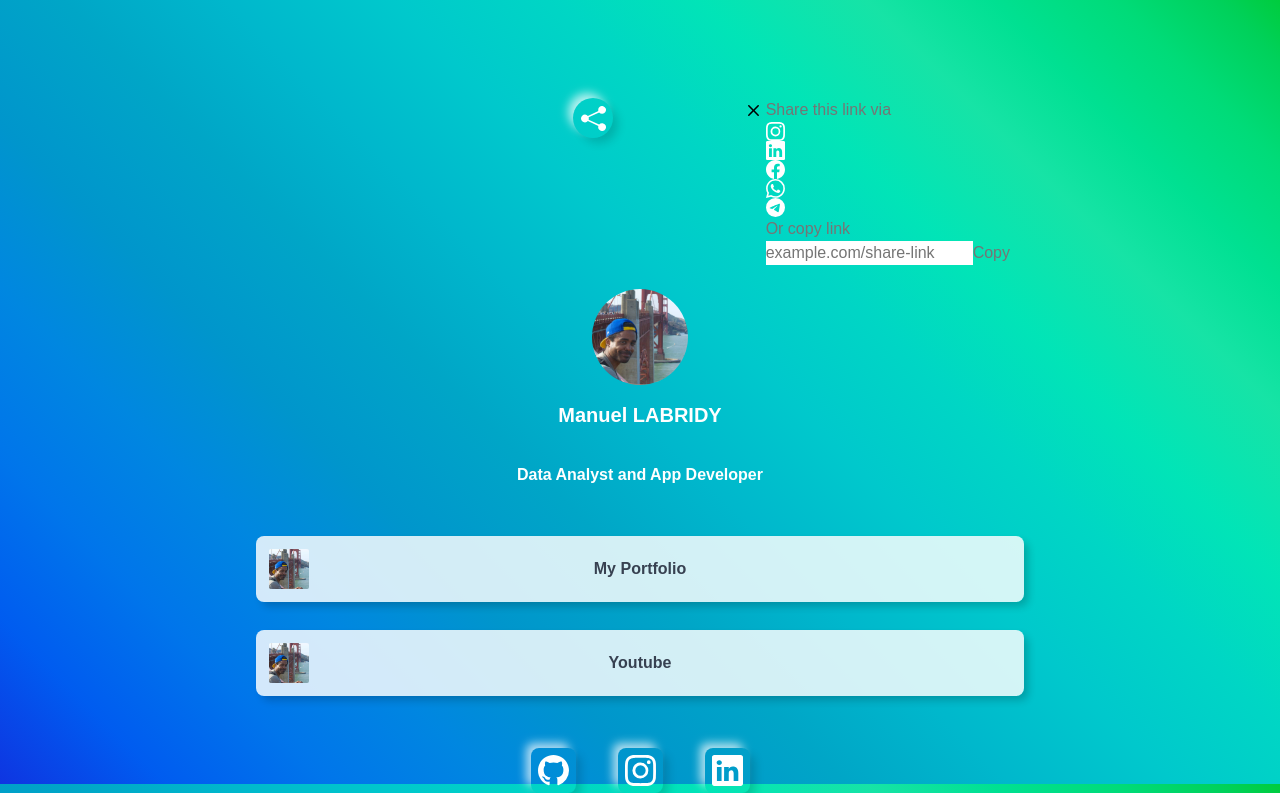
Repository: MateLaDBrouille97/linktree
Page: /
An editor plug-in stored every save of this project. The page is shown before and after the next save, followed by the edit.
The browser window is 1280 px wide. The pictures show the whole page.
The project was rebuilt for these pictures with package versions that can differ from the ones it lists, and the page was loaded fresh each time. The framework's server and built-in components were replaced by stand-ins that run in the browser. Also part of the build but not shown: next.config.js, styles/Home.module.css, styles/scrollup.css.

Above is the page before, as saved 2023-01-23 21:26:21.

After the next save:
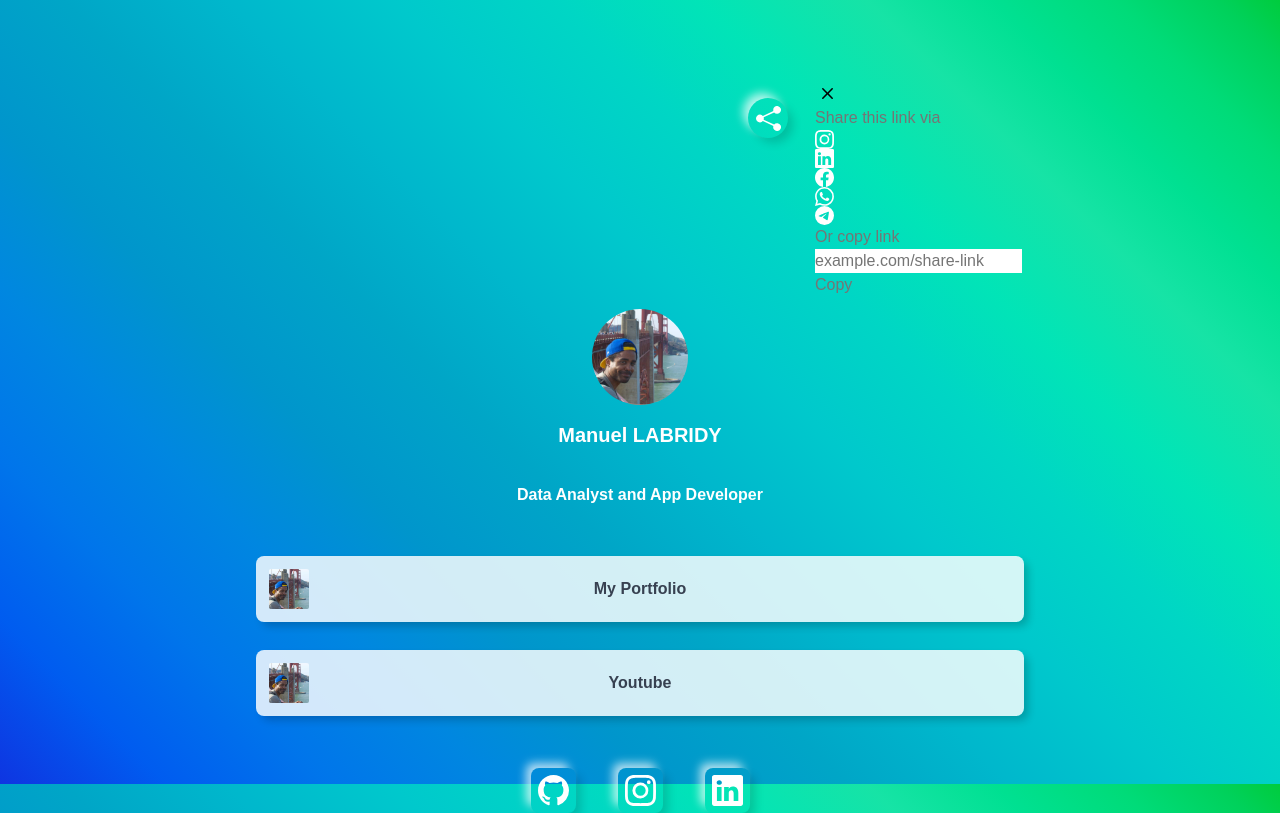
Saved 47 s later.
--- a/components/Share.tsx
+++ b/components/Share.tsx
@@ -18,7 +18,7 @@ const Share = () => {
           </svg>
         </div>
       </header>
-      <header>
+      <div>
         <div className="close">
           <svg
             xmlns="http://www.w3.org/2000/svg"
@@ -107,7 +107,7 @@ const Share = () => {
             <button>Copy</button>
           </div>
         </div>
-      </header>
+      </div>
     </div>
   );
 };
